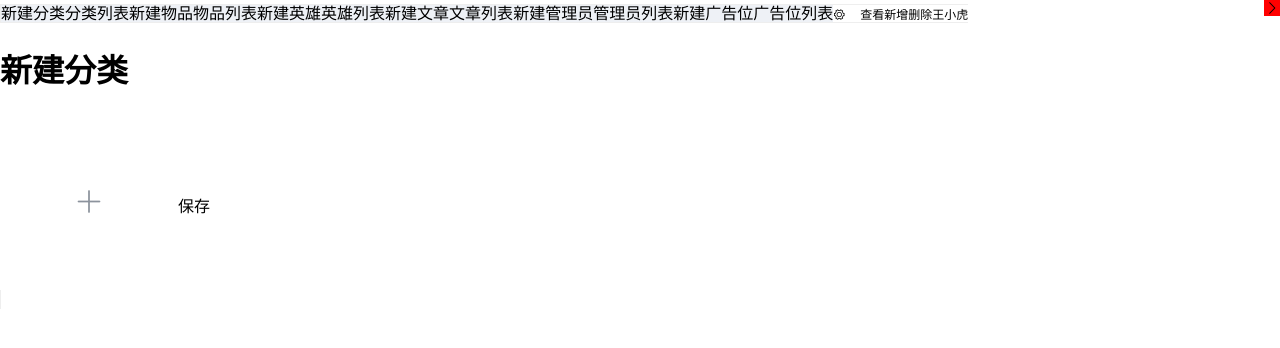
Repository: zqw980624/aaa
Page: /item/create (app in admin/)
These files come from the project's save history. The page is drawn as it stood at one moment and after the next save; the edit follows.
The browser window is 1280 px wide. The pictures show the whole page.
The project was rebuilt for these pictures with package versions that can differ from the ones it lists, and the page was loaded fresh each time. Also part of the build but not shown: admin/src/views/CategoryEditor.vue, admin/src/views/CategoryList.vue, admin/src/views/ItemList.vue, admin/src/views/HeroList.vue, admin/src/views/ArticleEditor.vue, admin/src/views/ArticleList.vue, admin/src/views/AdsList.vue, admin/src/views/AdministratorEditor.vue and 1 more. Imported but missing from the stored project, and not drawn on this page: admin/src/plugins/element.js.

Above is the page before, as saved 2020-03-09 22:57:22.

### admin/src/main.js
import Vue from 'vue';
import App from './App.vue';
import './plugins/element.js'
import router from './router'

Vue.config.productionTip = false;

import http from "./http"
Vue.prototype.$http = http

new Vue({
  router,
  render: (h) => h(App)
}).$mount('#app');

### admin/src/App.vue
<template>
  <div id="app">
   <router-view></router-view>
  </div>
</template>

<style>
  html,body{
    margin: 0;
    padding: 0;
  }
</style>

### admin/src/router/index.js
import Vue from 'vue'
import VueRouter from 'vue-router'
import Main from '../views/Main.vue'
import CategoryEditor from '../views/CategoryEditor.vue'
import CategoryList from '../views/CategoryList.vue'

import ItemEditor from '../views/ItemEditor.vue'
import ItemList from '../views/ItemList.vue'

import HeroEditor from '../views/HeroEditor.vue'
import HeroList from '../views/HeroList.vue'

import ArticleEditor from '../views/ArticleEditor.vue'
import ArticleList from '../views/ArticleList.vue'

import AdsEditor from '../views/AdsEditor.vue'
import AdsList from '../views/AdsList.vue'

import AdministratorEditor from '../views/AdministratorEditor.vue'
import AdministratorList from '../views/AdministratorList.vue'
Vue.use(VueRouter)

const routes = [
  {
    path: '/',
    name: 'Main',
    component: Main,
    children:[
      {path:"category/create",component:CategoryEditor},
      {path:"category/editor/:id",component:CategoryEditor,props:true},
      {path:"category/list",component:CategoryList},

      {path:"item/create",component:ItemEditor},
      {path:"item/editor/:id",component:ItemEditor,props:true},
      {path:"item/list",component:ItemList},

      {path:"hero/create",component:HeroEditor},
      {path:"hero/editor/:id",component:HeroEditor,props:true},
      {path:"hero/list",component:HeroList},

      {path:"article/create",component:ArticleEditor},
      {path:"article/editor/:id",component:ArticleEditor,props:true},
      {path:"article/list",component:ArticleList},

      {path:"ad/create",component:AdsEditor},
      {path:"ad/editor/:id",component:AdsEditor,props:true},
      {path:"ad/list",component:AdsList},

      {path:"administrator/create",component:AdministratorEditor},
      {path:"administrator/editor/:id",component:AdministratorEditor,props:true},
      {path:"administrator/list",component:AdministratorList},


    ]
  }
]

const router = new VueRouter({
  mode: 'history',
  base: process.env.BASE_URL,
  routes
})

export default router

### admin/src/http.js
import axios from "axios";

const http = axios.create({
    baseURL:"http://localhost:3000/admin/api"
})

export default http

### admin/src/views/Main.vue

<template>
  <el-container style="height: 100vh; border: 1px solid #eee">
    <el-aside width="200px" style="background-color: rgb(238, 241, 246)">
      <el-menu
        router
        :default-active="$route.path"
        :default-openeds="['1']"
        unique-opened
        background-color="#404040"
        text-color="#aaa"
        active-text-color="#ff4238"
        :collapse="isCollapse"
      >
       <i  class="el-icon-arrow-right toggle" @click="toggle"></i>
        <!-- <el-radio-group v-model="isCollapse" style="margin-bottom: 20px;">
          <el-radio-button :label="false">展开</el-radio-button>
          <el-radio-button :label="true">收起</el-radio-button>
        </el-radio-group> -->
        <el-submenu index="1">
          <template slot="title">
            <i class="el-icon-message"></i>
            <span slot="title">内容管理</span>
          </template>
          <el-menu-item-group>
            <template slot="title">分类</template>
            <el-menu-item index="/category/create">新建分类</el-menu-item>
            <el-menu-item index="/category/list">分类列表</el-menu-item>
          </el-menu-item-group>
          <el-menu-item-group>
            <template slot="title">物品</template>
            <el-menu-item index="/item/create">新建物品</el-menu-item>
            <el-menu-item index="/item/list">物品列表</el-menu-item>
          </el-menu-item-group>
        </el-submenu>

        <el-submenu index="2">
          <template slot="title">
            <i class="el-icon-message"></i>
            <span slot="title">系统管理</span>
          </template>
          <el-menu-item-group>
            <template slot="title">英雄</template>
            <el-menu-item index="/hero/create">新建英雄</el-menu-item>
            <el-menu-item index="/hero/list">英雄列表</el-menu-item>
          </el-menu-item-group>
          <el-menu-item-group>
            <template slot="title">文章</template>
            <el-menu-item index="/article/create">新建文章</el-menu-item>
            <el-menu-item index="/article/list">文章列表</el-menu-item>
          </el-menu-item-group>
        </el-submenu>

        <el-submenu index="3">
         <template slot="title">
            <i class="el-icon-message"></i>
            <span slot="title">管理员管理</span>
          </template>
          <el-menu-item-group>
            <template slot="title">管理员</template>
            <el-menu-item index="/administrator/create">新建管理员</el-menu-item>
            <el-menu-item index="/administrator/list">管理员列表</el-menu-item>
          </el-menu-item-group>
          <el-menu-item-group>
            <template slot="title">广告位</template>
            <el-menu-item index="/ad/create">新建广告位</el-menu-item>
            <el-menu-item index="/ad/list">广告位列表</el-menu-item>
          </el-menu-item-group>
        </el-submenu>
      </el-menu>
    </el-aside>

    <el-container>
      <el-header style="text-align: right; font-size: 12px">
        <el-dropdown>
          <i class="el-icon-setting" style="margin-right: 15px"></i>
          <el-dropdown-menu slot="dropdown">
            <el-dropdown-item>查看</el-dropdown-item>
            <el-dropdown-item>新增</el-dropdown-item>
            <el-dropdown-item>删除</el-dropdown-item>
          </el-dropdown-menu>
        </el-dropdown>
        <span>王小虎</span>
      </el-header>

      <el-main>
        <router-view></router-view>
      </el-main>
    </el-container>
  </el-container>
</template>
<script>
export default {
  data() {
    return {
      isCollapse: true
    };
  },
  methods: {
    toggle(){
      this.isCollapse = !this.isCollapse;
    }
  }
};
</script>
<style>
.el-menu{
  position: relative;
  background-color: red;
}
.toggle{
  position: absolute;
  right: 0;
  background: red;

}
.el-header {
  background-color: #b3c0d1;
  color: #333;
  line-height: 60px;
}

.el-aside {
  color: #333;
}
</style>

### admin/src/views/ItemEditor.vue
<template>
  <div>
    <h1>{{id?'编辑':'新建'}}分类</h1>
    <el-form @submit.native.prevent="save" label-width="100px">
      <el-form-item label="名称">
        <el-input v-model="model.name"></el-input>
      </el-form-item>
      <el-form-item label="图标">
        <el-upload
          class="avatar-uploader"
          :action="$http.defaults.baseURL + '/upload'"
          :show-file-list="false"
          :on-success="handleAvatarSuccess"

        >
          <img v-if="model.icon" :src="model.icon" class="avatar" />
          <i v-else class="el-icon-plus avatar-uploader-icon"></i>
        </el-upload>
      </el-form-item>
      <el-form-item>
        <el-button type="primary" native-type="submit">保存</el-button>
      </el-form-item>
    </el-form>
  </div>
</template>


<script>
export default {
  props: {
    id: {}
  },
  data() {
    return {
      model: {
        name: "",
        icon:""
      }
    };
  },
  methods: {
    handleAvatarSuccess(res){
      console.log(res)
      this.$set(this.model,"icon",res.url)
      // this.model.icon = res.url
    },
    async save() {
      let res;
      if (this.id) {
        res = await this.$http({
          method: "put",
          url: `/rest/items/${this.id}`,
          data: this.model
        });
      } else {
        res = await this.$http({
          method: "post",
          url: "/rest/items",
          data: this.model
        });
      }

      if (res.data) {
        this.$router.push("/item/list");
        this.$message({
          type: "success",
          message: "保存成功"
        });
      }
    },
    async fetch() {
      let res = await this.$http.get(`/rest/items/${this.id}`);

      this.model = res.data;
    }
  },
  created() {
    this.id && this.fetch();
  }
};
</script>

<style>
  .avatar-uploader .el-upload {
    border: 1px dashed #d9d9d9;
    border-radius: 6px;
    cursor: pointer;
    position: relative;
    overflow: hidden;
  }
  .avatar-uploader .el-upload:hover {
    border-color: #409EFF;
  }
  .avatar-uploader-icon {
    font-size: 28px;
    color: #8c939d;
    width: 178px;
    height: 178px;
    line-height: 178px;
    text-align: center;
  }
  .avatar {
    width: 178px;
    height: 178px;
    display: block;
  }
</style>

### admin/src/views/HeroEditor.vue
<template>
  <div>
    <h1>{{id?'编辑':'新建'}}分类</h1>
    <el-form @submit.native.prevent="save" label-width="100px">
      <el-tabs value="skills" type="border-card">
        <el-tab-pane label="基础信息" name="basic">
          <el-form-item label="角色">
            <el-input v-model="model.name"></el-input>
          </el-form-item>
          <el-form-item label="称号">
            <el-input v-model="model.title"></el-input>
          </el-form-item>
          <el-form-item label="头像">
            <el-upload
              class="avatar-uploader"
              :action="$http.defaults.baseURL + '/upload'"
              :show-file-list="false"
              :on-success="handleAvatarSuccess"
            >
              <img v-if="model.avator" :src="model.avator" class="avatar" />
              <i v-else class="el-icon-plus avatar-uploader-icon"></i>
            </el-upload>
          </el-form-item>
          <el-form-item label="职业">
            <el-select v-model="model.categories" placeholder="请选择" multiple>
              <el-option
                v-for="item in catogories"
                :key="item._id"
                :label="item.name"
                :value="item._id"
              ></el-option>
            </el-select>
          </el-form-item>
          <el-form-item label="难度">
            <el-rate
              style="margin-top:.6rem"
              :max="9"
              v-model="model.details.difficulty"
              show-score
            ></el-rate>
          </el-form-item>
          <el-form-item label="技能">
            <el-rate style="margin-top:.6rem" :max="9" v-model="model.details.skill" show-score></el-rate>
          </el-form-item>
          <el-form-item label="攻击">
            <el-rate style="margin-top:.6rem" :max="9" v-model="model.details.attack" show-score></el-rate>
          </el-form-item>
          <el-form-item label="生存">
            <el-rate style="margin-top:.6rem" :max="9" v-model="model.details.existence" show-score></el-rate>
          </el-form-item>

          <el-form-item label="顺风出装">
            <el-select v-model="model.tailWind" placeholder="请选择" multiple>
              <el-option v-for="item in items" :key="item._id" :label="item.name" :value="item._id"></el-option>
            </el-select>
          </el-form-item>
          <el-form-item label="逆风出装">
            <el-select v-model="model.headwind" placeholder="请选择" multiple>
              <el-option v-for="item in items" :key="item._id" :label="item.name" :value="item._id"></el-option>
            </el-select>
          </el-form-item>
          <el-form-item label="使用技巧">
            <el-input v-model="model.useTip" type="textarea"></el-input>
          </el-form-item>
          <el-form-item label="对抗技巧">
            <el-input t v-model="model.combatTip" type="textarea"></el-input>
          </el-form-item>
          <el-form-item label="团队思路">
            <el-input t v-model="model.teamTip" type="textarea"></el-input>
          </el-form-item>
        </el-tab-pane>
        <el-tab-pane label="技能" name="skills">
          <el-button size="small" @click="model.skills.push({})">
            <i class="el-icon-plus"></i> 添加技能
          </el-button>
          <el-row>
            <el-col :md="12" v-for="(item,index) in model.skills" :key="index">
              <el-form-item label="名称">
                <el-input v-model="item.name"></el-input>
              </el-form-item>
              <el-form-item label="图标">
                <el-upload
                  class="avatar-uploader"
                  :action="$http.defaults.baseURL + '/upload'"
                  :show-file-list="false"
                  :on-success="res => $set(item,'icon',res.url)"
                >
                  <img v-if="item.icon" :src="item.icon" class="avatar" />
                  <i v-else class="el-icon-plus avatar-uploader-icon"></i>
                </el-upload>
              </el-form-item>
              <el-form-item label="描述">
                <el-input v-model="item.description"></el-input>
              </el-form-item>
              <el-form-item label="小提示">
                <el-input type="textarea" v-model="item.tips"></el-input>
              </el-form-item>
              <el-form-item>
                <el-button @click="model.skills.splice(index,1)" type="danger">删除</el-button>
              </el-form-item>
            </el-col>
          </el-row>
        </el-tab-pane>
      </el-tabs>
      <el-form-item>
        <el-button type="primary" style="margin-top:1rem" native-type="submit">保存</el-button>
      </el-form-item>
    </el-form>
  </div>
</template>


<script>
export default {
  props: {
    id: {}
  },
  data() {
    return {
      model: {
        details: {
          difficulty: 0,
          skill: 0,
          attack: 0,
          existence: 0
        },
        skills: []
      },
      catogories: [],
      items: []
    };
  },
  methods: {
    handleAvatarSuccess(res) {
      console.log(res);
      this.$set(this.model, "avator", res.url);
      // this.model.icon = res.url
    },
    async save() {
      let res;
      if (this.id) {
        res = await this.$http({
          method: "put",
          url: `/rest/hero/${this.id}`,
          data: this.model
        });
      } else {
        res = await this.$http({
          method: "post",
          url: "/rest/hero",
          data: this.model
        });
      }

      if (res.data) {
        this.$router.push("/hero/list");
        this.$message({
          type: "success",
          message: "保存成功"
        });
      }
    },
    async fetch() {
      let res = await this.$http.get(`/rest/hero/${this.id}`);

      this.model = res.data;
    },
    async fetchCategories() {
      let res = await this.$http.get(`/rest/categories`);
      this.catogories = res.data;
    },
    async fetchItems() {
      let res = await this.$http.get(`/rest/items`);
      this.items = res.data;
    }
  },
  created() {
    this.fetchCategories();
    this.fetchItems();
    this.id && this.fetch();
  }
};
</script>

<style>
.avatar-uploader .el-upload {
  border: 1px dashed #d9d9d9;
  border-radius: 6px;
  cursor: pointer;
  position: relative;
  overflow: hidden;
}
.avatar-uploader .el-upload:hover {
  border-color: #409eff;
}
.avatar-uploader-icon {
  font-size: 28px;
  color: #8c939d;
  width: 178px;
  height: 178px;
  line-height: 178px;
  text-align: center;
}
.avatar {
  width: 178px;
  height: 178px;
  display: block;
}
</style>

### admin/src/views/AdsEditor.vue
<template>
  <div>
    <h1>{{id?'编辑':'新建'}}广告位</h1>
    <el-form @submit.native.prevent="save" label-width="100px">
      <el-form-item label="名称">
        <el-input v-model="model.name"></el-input>
      </el-form-item>
       <el-form-item label="广告">
       <el-button size="small" @click="model.ads.push({})">
            <i class="el-icon-plus"></i> 添加广告
          </el-button>
      </el-form-item>


          <el-row>
            <el-col :md="12" v-for="(item,index) in model.ads" :key="index">
             <el-form-item label="链接">
                <el-input v-model="item.link"></el-input>
              </el-form-item>
              <el-form-item label="图标">
                <el-upload
                  class="avatar-uploader"
                  :action="$http.defaults.baseURL + '/upload'"
                  :show-file-list="false"
                  :on-success="res => $set(item,'image',res.url)"
                >
                  <img v-if="item.image" :src="item.image" class="avatar" />
                  <i v-else class="el-icon-plus avatar-uploader-icon"></i>
                </el-upload>
              </el-form-item>

               <el-form-item>
                <el-button size="small" @click="model.ads.splice(index,1)" type="danger">删除</el-button>
              </el-form-item>
            </el-col>
          </el-row>

      <el-form-item>
        <el-button type="primary" native-type="submit">保存</el-button>
      </el-form-item>
    </el-form>
  </div>
</template>


<script>
export default {
  props: {
    id: {}
  },
  data() {
    return {
      model: {
        name: "",
        ads:[]
      }
    };
  },
  methods: {
    handleAvatarSuccess(res){
      console.log(res)
      this.$set(this.model,"icon",res.url)
      // this.model.icon = res.url
    },
    async save() {
      let res;
      if (this.id) {
        res = await this.$http({
          method: "put",
          url: `/rest/ads/${this.id}`,
          data: this.model
        });
      } else {
        res = await this.$http({
          method: "post",
          url: "/rest/ads",
          data: this.model
        });
      }

      if (res.data) {
        this.$router.push("/ad/list");
        this.$message({
          type: "success",
          message: "保存成功"
        });
      }
    },
    async fetch() {
      let res = await this.$http.get(`/rest/ads/${this.id}`);

      this.model = res.data;
    }
  },
  created() {
    this.id && this.fetch();
  }
};
</script>

<style>
  .avatar-uploader .el-upload {
    border: 1px dashed #d9d9d9;
    border-radius: 6px;
    cursor: pointer;
    position: relative;
    overflow: hidden;
  }
  .avatar-uploader .el-upload:hover {
    border-color: #409EFF;
  }
  .avatar-uploader-icon {
    font-size: 28px;
    color: #8c939d;
    width: 178px;
    height: 178px;
    line-height: 178px;
    text-align: center;
  }
  .avatar {
    width: 178px;
    height: 178px;
    display: block;
  }
</style>

Loaded but not shown: admin/public/index.html (common file)

After the next save:
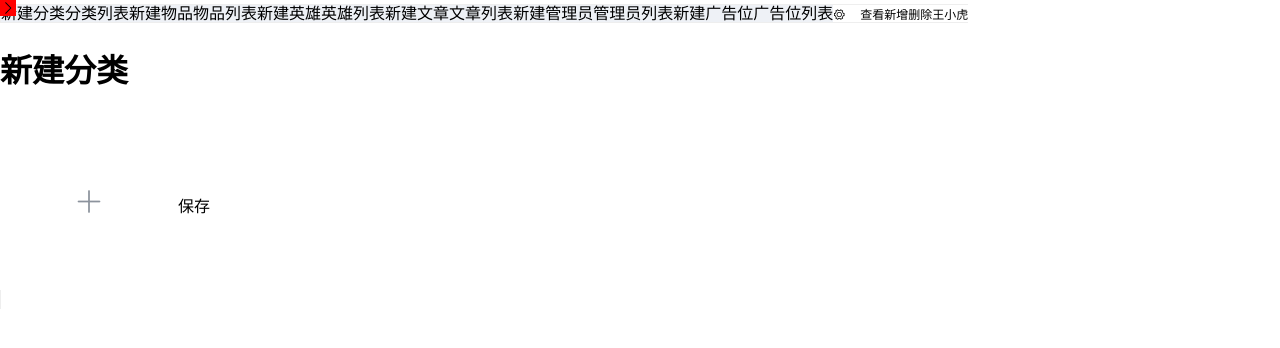
Saved 49 s later.
--- a/admin/src/views/Main.vue
+++ b/admin/src/views/Main.vue
@@ -110,7 +110,7 @@ export default {
 }
 .toggle{
   position: absolute;
-  right: 0;
+  left: 0;
   background: red;
 
 }
